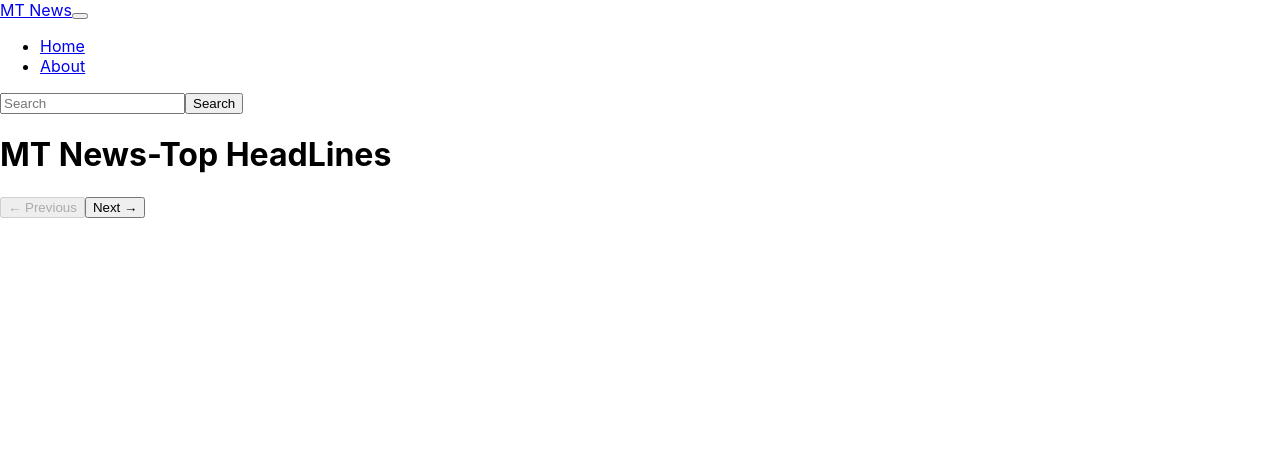
Repository: professorsourabh/news_website_using-ReactJS
Page: /
These files come from the project's save history. The page is drawn as it stood at one moment and after the next save; the edit follows.
The browser window is 1280 px wide. The pictures show the whole page.
The page's requests for data from a server got no answer. The project was rebuilt for these pictures with package versions that can differ from the ones it lists, and the page was loaded fresh each time. No one was signed in, and anything a server would have sent is missing. Also part of the build but not shown: src/App.css, src/Components/NewsaItem.js.

Above is the page before, as saved 2023-05-15 10:14:57.

After the next save:
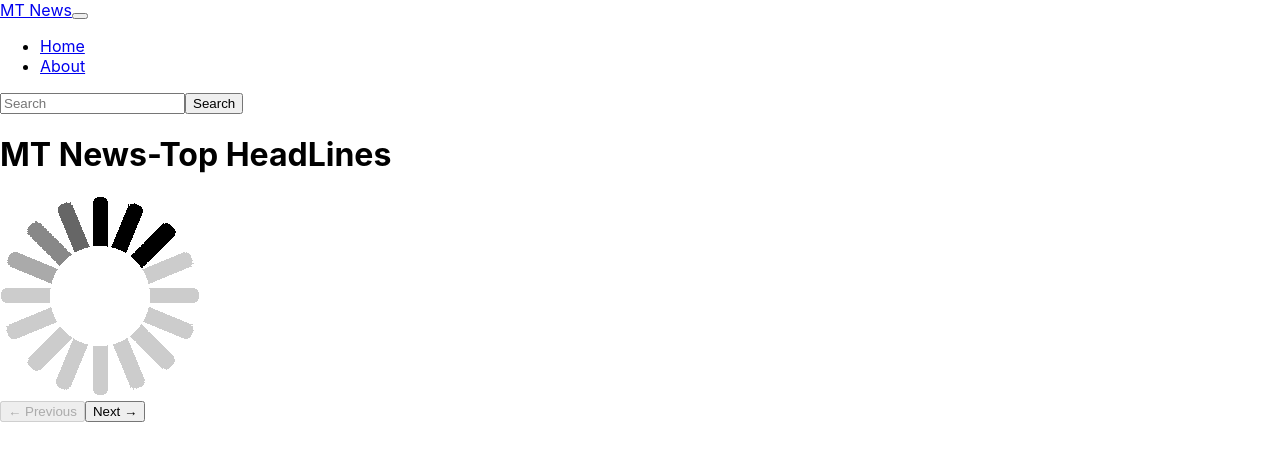
Saved 31 s later.
--- a/src/Components/News.js
+++ b/src/Components/News.js
@@ -56,7 +56,8 @@ export class News extends Component {
     return (
       <div className='container my-3'>
         <h1 className='text-center'> MT News-Top HeadLines</h1>
-       {this.setState.loading && <Spinner/>}
+       {/* {this.setState.loading && <Spinner/>} */}
+       <Spinner/>
         <div className="row">
         {this.state.articles.map((element)=>{
 
